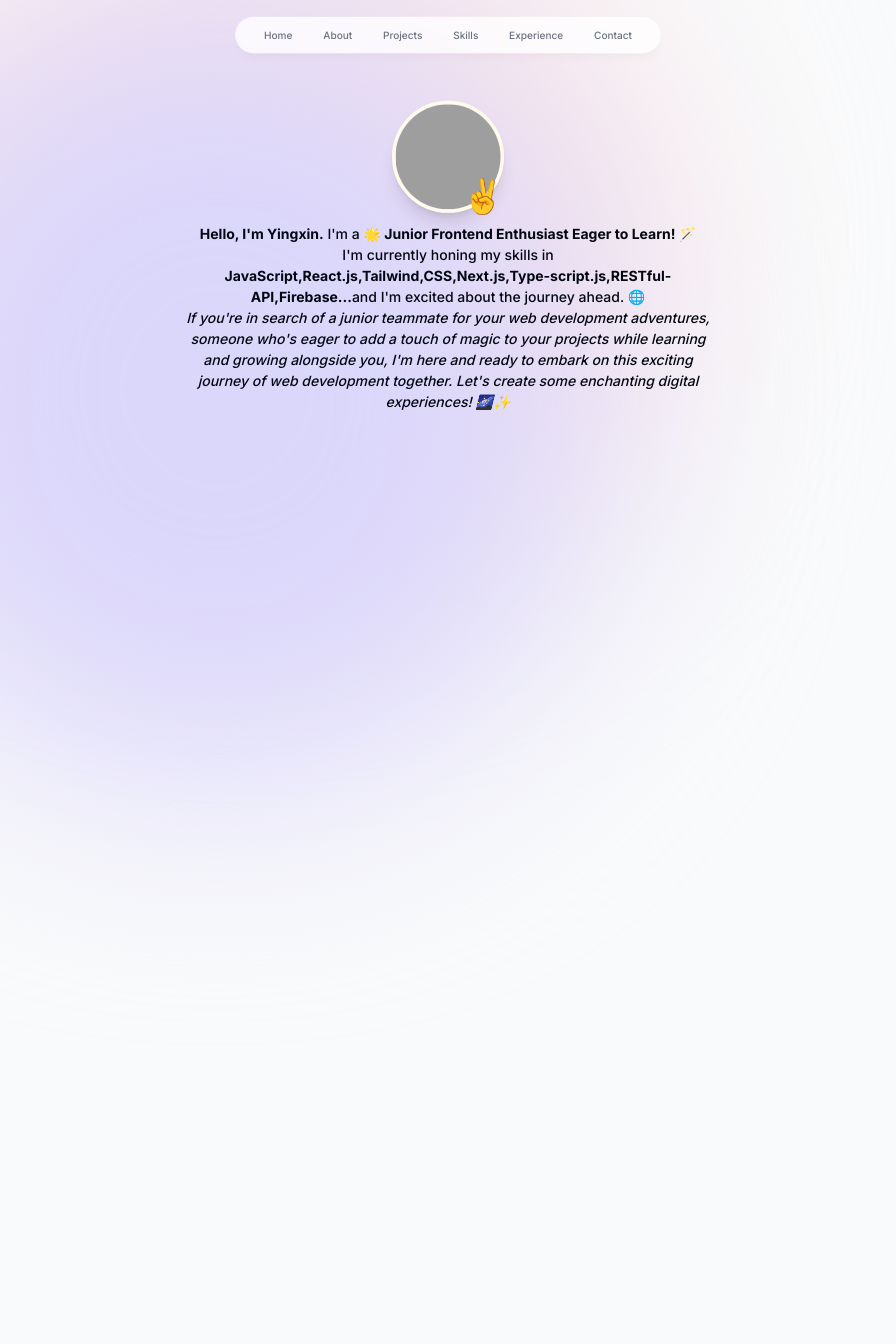
Repository: Tracy-maker/portfolio_website
Page: /
An editor plug-in stored every save of this project. The page is shown before and after the next save, followed by the edit.
The browser window is 1280 px wide. The pictures show the part of the page from y = 0 to 1920 px (the page is 5000 px tall), at 70% of full size.
Pictures or frames that could not be fetched are drawn as grey boxes. Some web fonts or font styles are not loaded; a fallback is used. The project was rebuilt for these pictures with package versions that can differ from the ones it lists, and the page was loaded fresh each time. The framework's server and built-in components were replaced by stand-ins that run in the browser. Also part of the build but not shown: next.config.js.

Above is the page before, as saved 2023-10-02 18:41:30.

### app/layout.tsx
import Header from "@/components/header";
import "./globals.css";
import type { Metadata } from "next";
import { Inter } from "next/font/google";

const inter = Inter({ subsets: ["latin"] });

export const metadata: Metadata = {
  title: "Yingxin_Zhang | Portfolio",
  description: "Yingxin_Zhang is a front-end developer",
};

export default function RootLayout({
  children,
}: {
  children: React.ReactNode;
}) {
  return (
    <html lang="en">
      <body
        className={`${inter.className} bg-gray-50 text-gray-950 relative h-[5000px] pt-28 sm:pt-36`}
      >
        <div className="bg-[#fbe2e3] absolute top-[-6rem] -z-10 right-[21rem] h-[56.25rem] w-[31.25rem] rounded-full blur-[10rem] sm:w-[68.75rem]"></div>
        <div className="bg-[#dbd7fb] absolute top-[-1rem] -z-10 left-[-45rem] h-[71.25rem] w-[-30rem] rounded-full blur-[10rem] sm:w-[68.75rem] md:left-[-33rem] lg:left-[-28rem] xl:left-[-15rem] 2xl:left-[-5rem]"></div>
        <Header />
        {children}
      </body>
    </html>
  );
}

### app/page.tsx
import Intro from "@/components/intro";
import Image from "next/image";

export default function Home() {
  return (
    <main className="flex flex-col items-center">
      <Intro />
    </main>
  );
}

### components/header.tsx
"use client";
import { motion } from "framer-motion";
import { links } from "@/lib/data";
import Link from "next/link";

export default function Header() {
  return (
    <header className="z-[999] relative">
      <motion.div
        className="fixed top-0 left-1/2 h-[4.5rem] w-full
        rounded-none border border-white border-opacity-40
        bg-white bg-opacity-80 shadow-lg shadow-black/[0.03]
        backdrop-blur-[0.5rem] sm:top-6 sm:h-[3.25rem] sm:w-[38rem] sm:rounded-full"
        initial={{ y: -100, x: "-50%", opacity: 0 }}
        animate={{ y: 0, x: "-50%", opacity: 1 }}
      ></motion.div>

      <nav className="flex fixed top-[0.15rem] left-1/2 h-12 -translate-x-1/2 py-2 sm:top-[1.7rem] sm:h-[initial] sm:py-0">
        <ul className="flex w-[22rem] flex-wrap items-center justify-center gap-y-1 text-[0.9rem] font-medium text-gray-500 sm:w-[initial] sm:flex-nowrap sm:gap-5">
          {links.map((link) => (
            <motion.li
              className="h-3/4 flex items-center justify-center relative"
              key={link.hash}
              initial={{ y: -100, opacity: 0 }}
              animate={{ y: 0, opacity: 1 }}
            >
              <Link
                className="flex w-full items-center justify-center px-3 py-3 hover:text-gray-950 transition"
                href={link.hash}
              >
                {link.name}
              </Link>
            </motion.li>
          ))}
        </ul>
      </nav>
    </header>
  );
}

### app/globals.css
@import url('https://fonts.googleapis.com/css2?family=Croissant+One&family=Gabarito&display=swap');
@tailwind base;
@tailwind components;
@tailwind utilities;

### components/intro.tsx
"use client";

import Image from "next/image";
import React from "react";
import { motion } from "framer-motion";

export default function Intro() {
  return (
    <section className="mb-28 max-w-[50rem] text-center sm:mb-0 scroll-mt-[100rem]">
      <div className="flex items-center justify-center">
        <div className="relative">
          <motion.div
            initial={{ opacity: 0, scale: 0 }}
            animate={{ opacity: 1, scale: 1 }}
            transition={{
              type: "tween",
              duration: 0.2,
            }}
          >
            <Image
              src="https://i.ibb.co/MRHHtS5/Wechat-IMG7.jpg"
              alt="Personal image"
              width="300"
              height="300"
              quality="90"
              priority={true}
              className="h-40 w-40 rounded-full object-cover border-[0.35rem] border-amber-50 shadow-xl"
            />
          </motion.div>

          <motion.span
            className="absolute bottom-0 right-0 text-5xl"
            initial={{ opacity: 0, scale: 0 }}
            animate={{ opacity: 1, scale: 1 }}
            transition={{
              type: "spring",
              stiffness: 125,
              delay: 0.1,
              duration: 0.7,
            }}
          >
            ✌️
          </motion.span>
        </div>
      </div>
      <motion.h6
        className="mb-10 mt-4 px-4 text-l font-medium !leading-[1.5] sm:text-xl"
        initial={{ opacity: 0, y: 100 }}
        animate={{ opacity: 1, y: 0 }}
      >
        <span className="font-bold">Hello, I'm Yingxin.</span> I'm a{" "}
        <span className="font-bold">
          🌟 Junior Frontend Enthusiast Eager to Learn! 🪄
        </span>
        <br />
        I'm currently honing my skills in
        <span className="font-bold">
          {" "}
          JavaScript,React.js,Tailwind,CSS,Next.js,Type-script.js,RESTful-API,Firebase...
        </span>
        and I'm excited about the journey ahead. 🌐
        <br />
        <span className="italic">
          If you're in search of a junior teammate for your web development
          adventures, someone who's eager to add a touch of magic to your
          projects while learning and growing alongside you, I'm here and ready
          to embark on this exciting journey of web development together. Let's
          create some enchanting digital experiences! 🌌✨
        </span>
      </motion.h6>
    </section>
  );
}

### lib/data.ts
import React from "react";
import { CgWorkAlt } from "react-icons/cg";
import { FaReact } from "react-icons/fa";
import { LuGraduationCap } from "react-icons/lu";
import p1Img from "@/public/p1.png";
import p2Img from "@/public/p2.png";
import p3Img from "@/public/p3.png";

export const links = [
  {
    name: "Home",
    hash: "#home",
  },
  {
    name: "About",
    hash: "#about",
  },
  {
    name: "Projects",
    hash: "#projects",
  },
  {
    name: "Skills",
    hash: "#skills",
  },
  {
    name: "Experience",
    hash: "#experience",
  },
  {
    name: "Contact",
    hash: "#contact",
  },
] as const;

export const experiencesData = [
  {
    title: "Graduated bootcamp",
    location: "Miami, FL",
    description:
      "I graduated after 6 months of studying. I immediately found a job as a front-end developer.",
    icon: React.createElement(LuGraduationCap),
    date: "2019",
  },
  {
    title: "Front-End Developer",
    location: "Orlando, FL",
    description:
      "I worked as a front-end developer for 2 years in 1 job and 1 year in another job. I also upskilled to the full stack.",
    icon: React.createElement(CgWorkAlt),
    date: "2019 - 2021",
  },
  {
    title: "Full-Stack Developer",
    location: "Houston, TX",
    description:
      "I'm now a full-stack developer working as a freelancer. My stack includes React, Next.js, TypeScript, Tailwind, Prisma and MongoDB. I'm open to full-time opportunities.",
    icon: React.createElement(FaReact),
    date: "2021 - present",
  },
] as const;

export const projectsData = [
  {
    title: "CorpComment",
    description:
      "I worked as a full-stack developer on this startup project for 2 years. Users can give public feedback to companies.",
    tags: ["React", "Next.js", "MongoDB", "Tailwind", "Prisma"],
    imageUrl: p1Img,
  },
  {
    title: "rmtDev",
    description:
      "Job board for remote developer jobs. I was the front-end developer. It has features like filtering, sorting and pagination.",
    tags: ["React", "TypeScript", "Next.js", "Tailwind", "Redux"],
    imageUrl: p2Img,
  },
  {
    title: "Word Analytics",
    description:
      "A public web app for quick analytics on text. It shows word count, character count and social media post limits.",
    tags: ["React", "Next.js", "SQL", "Tailwind", "Framer"],
    imageUrl: p3Img,
  },
] as const;

export const skillsData = [
  "HTML",
  "CSS",
  "JavaScript",
  "TypeScript",
  "React",
  "Next.js",
  "Git",
  "MUI-material",
  "Tailwind",
  "REST-API",
  "PostgreSQL",
  "Framer Motion",
] as const;

### tailwind.config.ts
import type { Config } from 'tailwindcss'

const config: Config = {
  content: [
    './pages/**/*.{js,ts,jsx,tsx,mdx}',
    './components/**/*.{js,ts,jsx,tsx,mdx}',
    './app/**/*.{js,ts,jsx,tsx,mdx}',
  ],
  theme: {
    extend: {
      backgroundImage: {
        'gradient-radial': 'radial-gradient(var(--tw-gradient-stops))',
        'gradient-conic':
          'conic-gradient(from 180deg at 50% 50%, var(--tw-gradient-stops))',
      },
      fontFamily: {
        custom: ["Croissant One", "cursive"],
      },
    },
  },
  plugins: [],
}
export default config

After the next save:
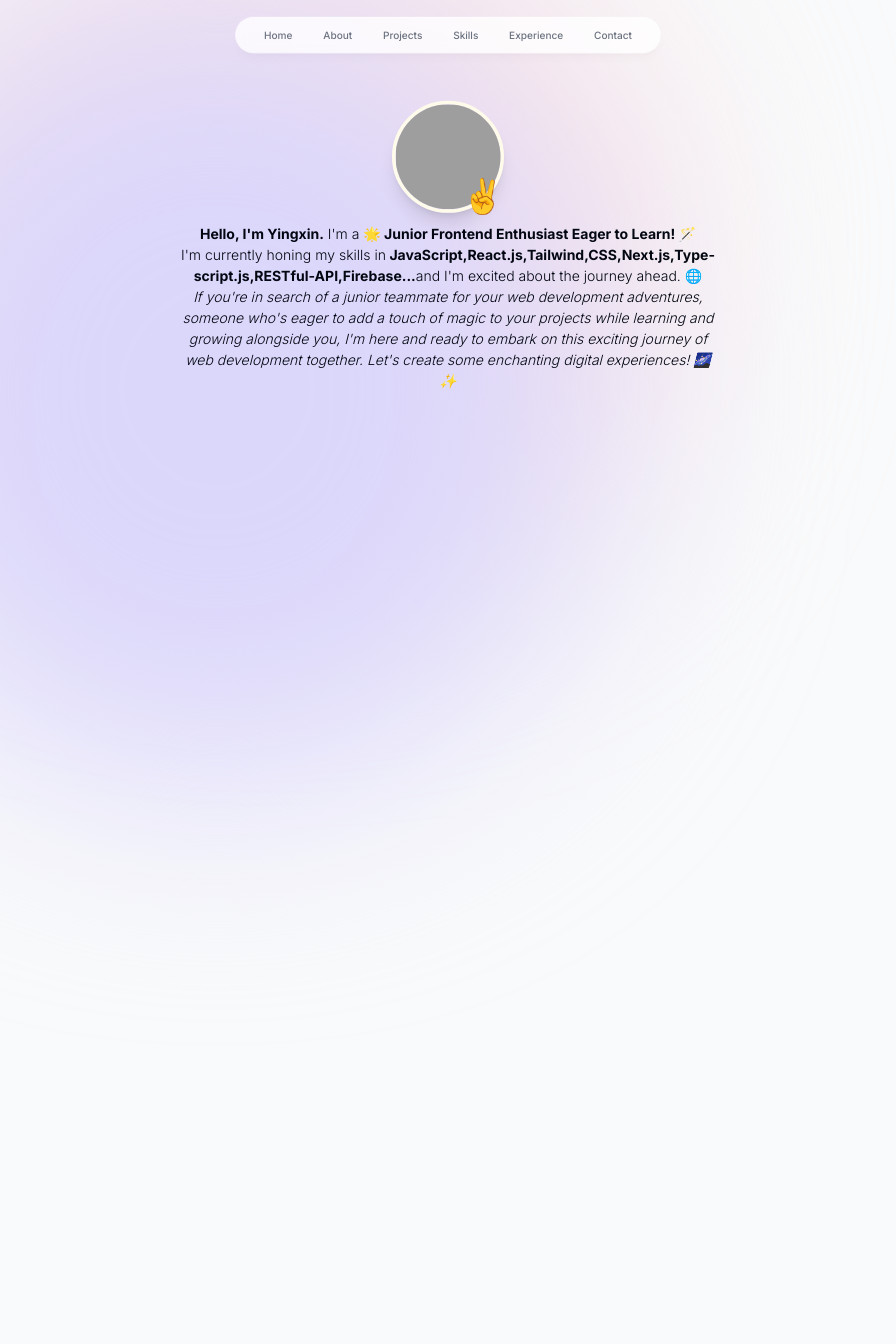
Saved 59 s later.
--- a/components/intro.tsx
+++ b/components/intro.tsx
@@ -44,7 +44,7 @@ export default function Intro() {
         </div>
       </div>
       <motion.h6
-        className="mb-10 mt-4 px-4 text-l font-medium !leading-[1.5] sm:text-xl"
+        className="mb-10 mt-4 px-4 text-l font-light !leading-[1.5] sm:text-xl"
         initial={{ opacity: 0, y: 100 }}
         animate={{ opacity: 1, y: 0 }}
       >
